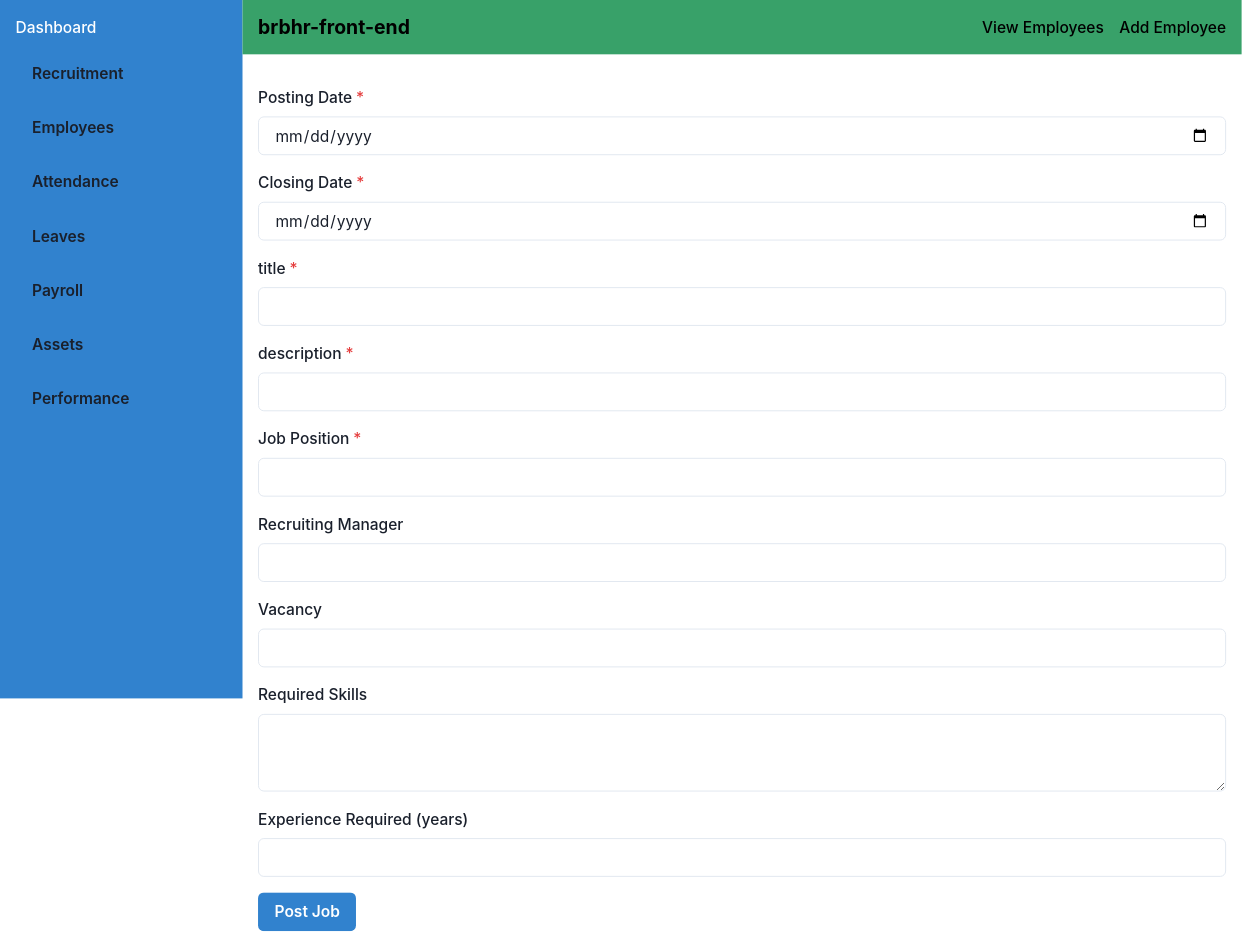
Repository: apipulse/brbhr-frontend
Page: /job-posting
These files come from the project's save history. The page is drawn as it stood at one moment and after the next save; the edit follows.
The browser window is 1280 px wide. The pictures show the whole page, at 97% of full size.
The project was rebuilt for these pictures with package versions that can differ from the ones it lists, and the page was loaded fresh each time. Also part of the build but not shown: vite.config.js, src/components/pages/Home.jsx, src/services/EmployeeService.js, src/components/employee/EmployeeList.jsx, src/components/employee/AddEmployee.jsx, src/services/LeaveService.js, src/components/employee/LeaveList.jsx, src/components/employee/LeaveForm.jsx and 3 more.

Above is the page before, as saved 2024-01-19 22:46:00.

After the next save:
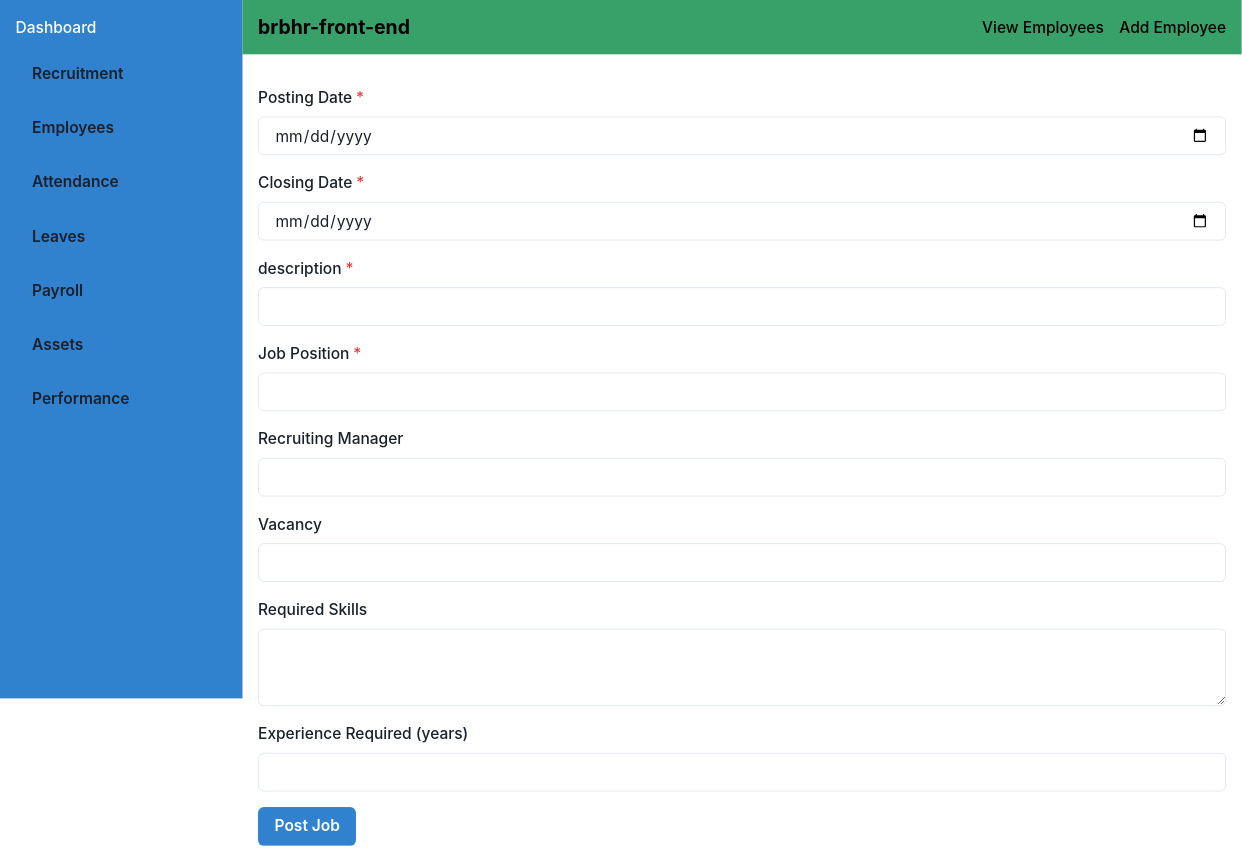
Saved 17 s later.
--- a/src/components/candidates/JobPostingForm.jsx
+++ b/src/components/candidates/JobPostingForm.jsx
@@ -47,10 +47,6 @@ const JobPostingForm = () => {
                     <FormLabel>Closing Date</FormLabel>
                     <Input name="closingDate" type="date" onChange={handleChange} />
                 </FormControl>
-                <FormControl id="title" isRequired mt={4}>
-                    <FormLabel>title</FormLabel>
-                    <Input name="title" type="text" onChange={handleChange} />
-                </FormControl>
                 <FormControl id="description" isRequired mt={4}>
                     <FormLabel>description</FormLabel>
                     <Input name="description" type="text" onChange={handleChange} />
